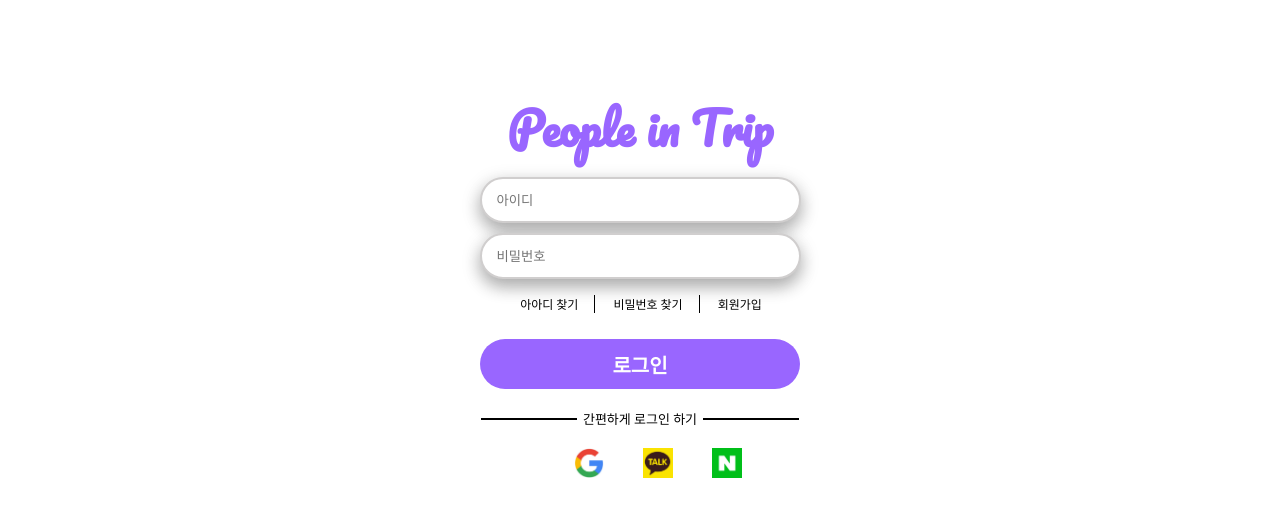
Repository: kimjinmin4535/ezen_loginteam
Page: http://localhost/Ezen_Project/login/login.jsp
These files come from the project's save history. The page is drawn as it stood at one moment and after the next save; the edit follows.
The browser window is 1280 px wide. The pictures show the whole page.
The page is served by Tomcat 9. Other server files are loaded and not shown.

Above is the page before, as saved 2022-07-05 08:14:06.

### Ezen_Project/src/main/webapp/login/login.jsp
<%@ page language="java" contentType="text/html; charset=UTF-8"
    pageEncoding="UTF-8"%>
<!DOCTYPE html>
<html>
<head>
<meta charset="UTF-8">
<title>로그인</title>
<link rel="stylesheet" href="../resources/css/login/login.css" />
<link href='https://fonts.googleapis.com/css?family=Pacifico' rel='stylesheet'>
</head>
<body>
	<div class="login_form">
		<h1>People in Trip</h1>
		<form action="#">
			<div>
				<input type="text" placeholder="아이디" id="login_id" onfocus="this.placeholder='';" onblur="this.placeholder='아이디'" /><br>
				<input type="password" placeholder="비밀번호" id="login_pw" onfocus="this.placeholder='';" onblur="this.placeholder='비밀번호'" />
				<ul>
					<li id="login_menu"><a href="#" id="login_menu">아아디 찾기</a></li>
					<li id="login_menu"><a href="#" id="login_menu">비밀번호 찾기</a></li>
					<li id="login_menu"><a href="#" id="login_menu">회원가입</a></li>
				</ul>
				<button type="submit" id="login_bt"><strong>로그인</strong></button>
			</div>
		</form>
		<div>
			<p id="login_ez">간편하게 로그인 하기</p><br>
			<a href="#"><img src="../resources/images/google.png" /></a>
			<a href="#"><img src="../resources/images/kakao.png" /></a>
			<a href="#"><img src="../resources/images/naver.png" /></a>
		</div>
	</div>
</body>
</html>

### Ezen_Project/src/main/webapp/resources/css/login/login.css
@charset "UTF-8";

.login_form {
	text-align: center;
	margin-top: 7%;
}

#login_menu {
	text-decoration: none;
	list-style: none;
	display: inline-block;
	color: black;
	font-size: 12px;
	border-left: 1px solid black;
	padding: 0px 40px 0px 20px;
	margin: 0px -23px 0px -22px;
}
#login_menu:first-child {
	border-left: none;
}

h1 {
	color: #9966ff;
	font-family: Pacifico;
	font-size: 45px;
	margin-bottom: 10px;
}

#login_id {
	border-radius: 25px;
	height: 40px;
	width: 300px;
	padding-left: 15px;
	border: 2px solid #d0cece;
	box-shadow: 0 8px 16px 0 rgba(0,0,0,0.2), 0 6px 20px 0 rgba(0,0,0,0.19);
	outline: none;

}

#login_pw {
	border-radius: 25px;
	height: 40px;
	width: 300px;
	margin-top: 10px;
	padding-left: 15px;
	border: 2px solid #d0cece;
	box-shadow: 0 8px 16px 0 rgba(0,0,0,0.2), 0 6px 20px 0 rgba(0,0,0,0.19);
	outline: none;
}

#login_bt {
	border-radius: 25px;
	height: 50px;
	width: 320px;
	margin-top: 10px;
	background-color: #9966ff;
	border: #9966ff;
	color: white;
	cursor: pointer;
	font-size: 20px;
}

#login_ez {
	display: inline-flex;
	align-items: center;
	color: black;
	font-size: 13px;
	margin: 20px 0px;
	width: 330px;
}
#login_ez::before,
#login_ez::after {
	content: "";
	flex-grow: 1;
	background: black;
	height: 2px;
	font-size: 0px;
	line-height: 0px;
	margin: 0px 6px;
}

img {
	width: 30px;
	height: 30px;
	padding-left: 35px;
}

After the next save:
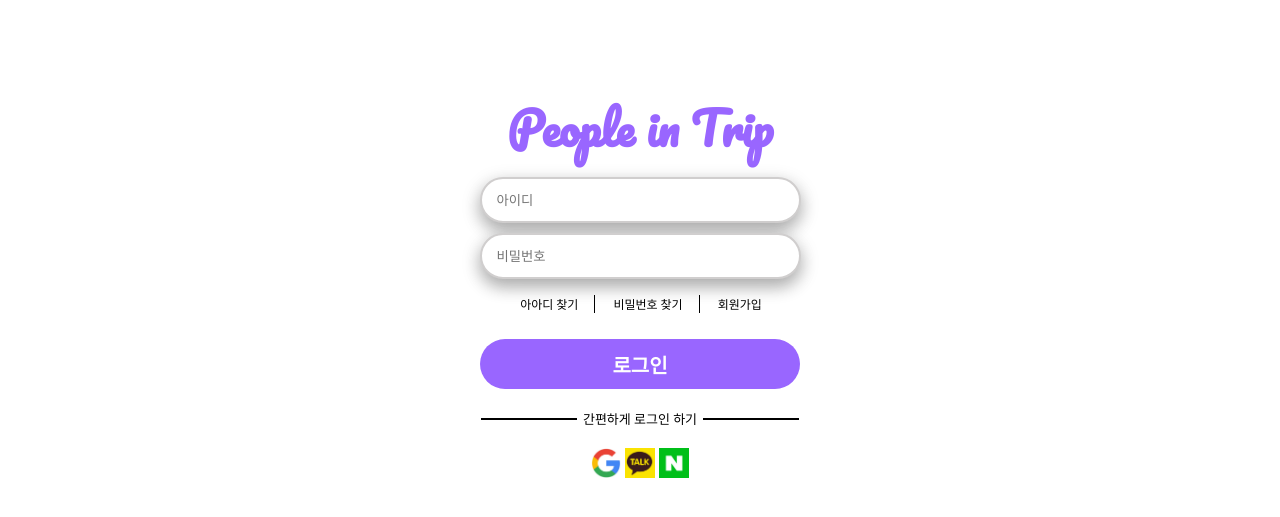
Saved 43 s later.
--- a/Ezen_Project/src/main/webapp/resources/css/login/login.css
+++ b/Ezen_Project/src/main/webapp/resources/css/login/login.css
@@ -82,5 +82,5 @@
 img {
 	width: 30px;
 	height: 30px;
-	padding-left: 35px;
+	word-spacing: 7px;
 }
